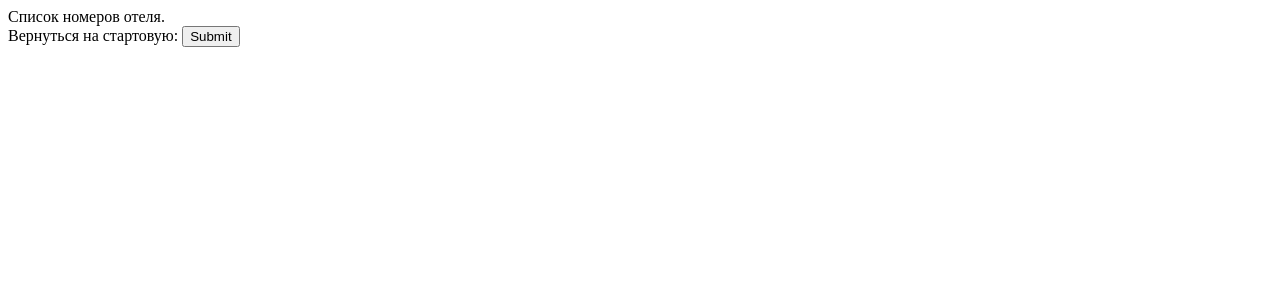
Repository: milosh-alexandr-by/ItAcademyJavaDeveloper
Page: http://localhost/HotelRequestSystem/HotelRooms.jsp
These files come from the project's save history. The page is drawn as it stood at one moment and after the next save; the edit follows.
The browser window is 1280 px wide. The pictures show the whole page.
The page is served by Tomcat 9. Other server files are loaded and not shown.

Above is the page before, as saved 2015-12-10 19:49:04.

### Project_WEB/HotelRequestSystem/WebContent/HotelRooms.jsp
<%@ page language="java" contentType="text/html; charset=UTF-8"
    pageEncoding="UTF-8"%>
<!DOCTYPE html PUBLIC "-//W3C//DTD HTML 4.01 Transitional//EN" "http://www.w3.org/TR/html4/loose.dtd">
<html>
<head>
<meta http-equiv="Content-Type" content="text/html; charset=UTF-8">
<title>Insert title here</title>
</head>
<body>

	Список номеров отеля.

	<form action="Administrator.jsp" method="GET">
		Вернуться на стартовую: <input type="submit" name="ReturnToMainPage" value="Submit">
	</form>

</body>
</html>

After the next save:
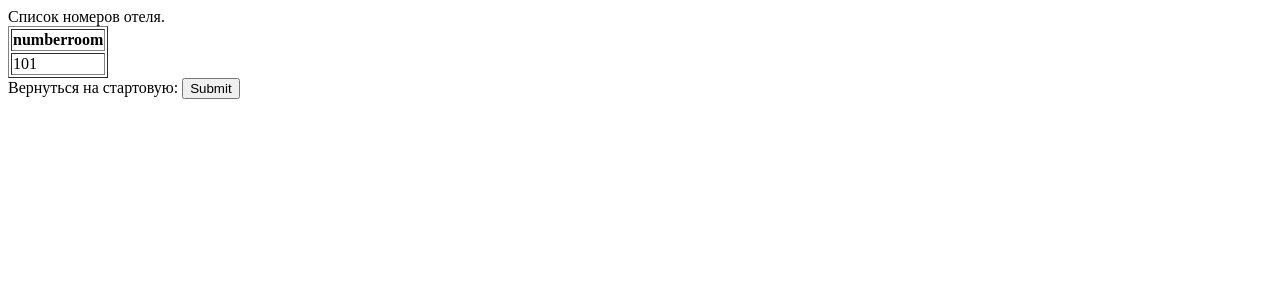
Saved 22 min 46 s later.
--- a/Project_WEB/HotelRequestSystem/WebContent/HotelRooms.jsp
+++ b/Project_WEB/HotelRequestSystem/WebContent/HotelRooms.jsp
@@ -10,6 +10,15 @@
 
 	Список номеров отеля.
 
+	<TABLE BORDER="1">
+		<TR>
+			<TH>numberroom</TH>
+		</TR>
+		<TR>
+			<TD>101</TD>
+		</TR>
+	</TABLE>
+
 	<form action="Administrator.jsp" method="GET">
 		Вернуться на стартовую: <input type="submit" name="ReturnToMainPage" value="Submit">
 	</form>
